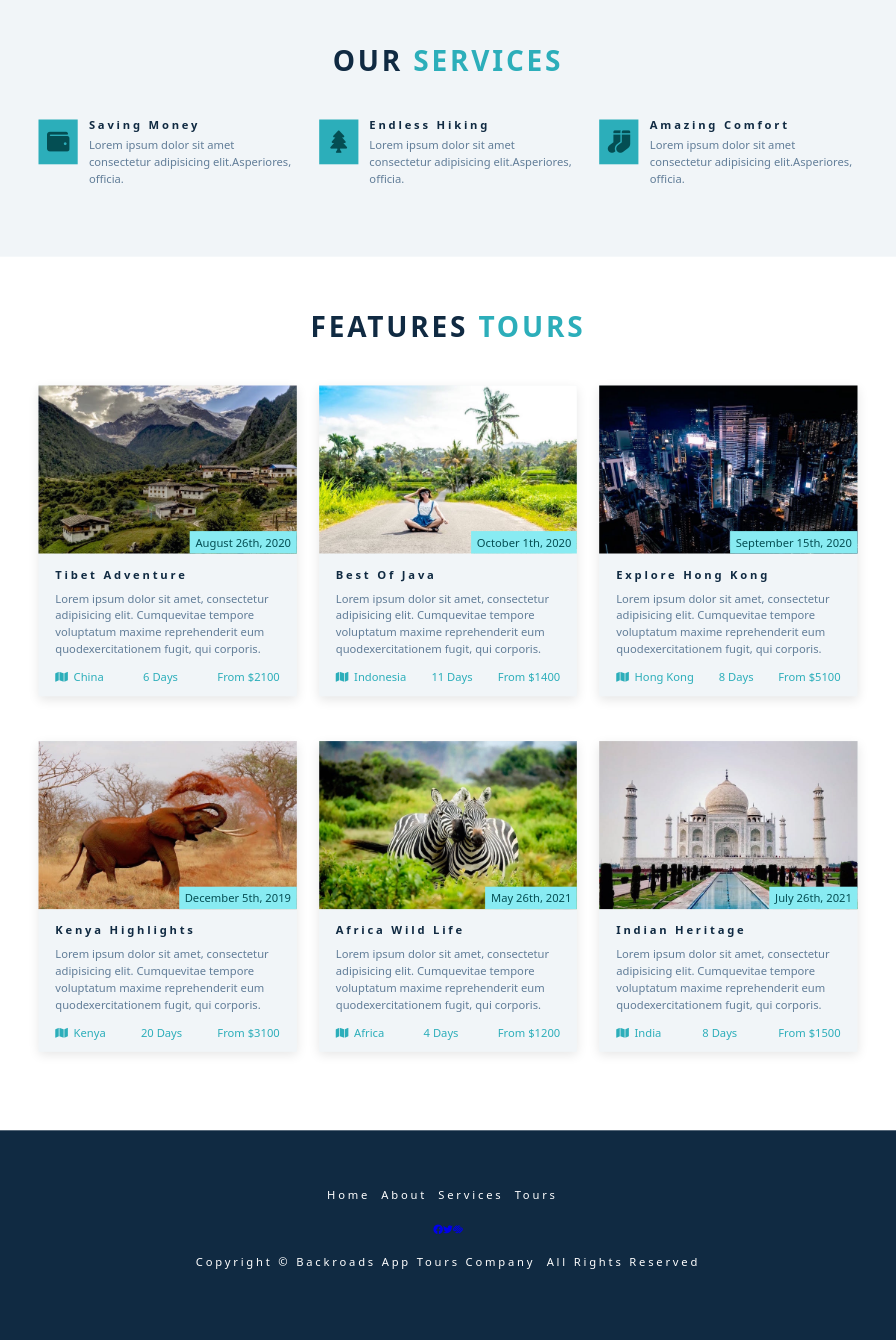
Repository: shivyank121/backRoad-app
Page: /
The author's editor kept a copy of each file at every save. The page is drawn from the files as they stood at one save, then again after the next save.
The browser window is 1280 px wide. The pictures show the part of the page from y = 1424 to 3344 px (the page is 3344 px tall), at 70% of full size.
Some web libraries are served in a nearby version. The project was rebuilt for these pictures with package versions that can differ from the ones it lists, and the page was loaded fresh each time.

Above is the page before, as saved 2023-08-21 01:49:00.

After the next save:
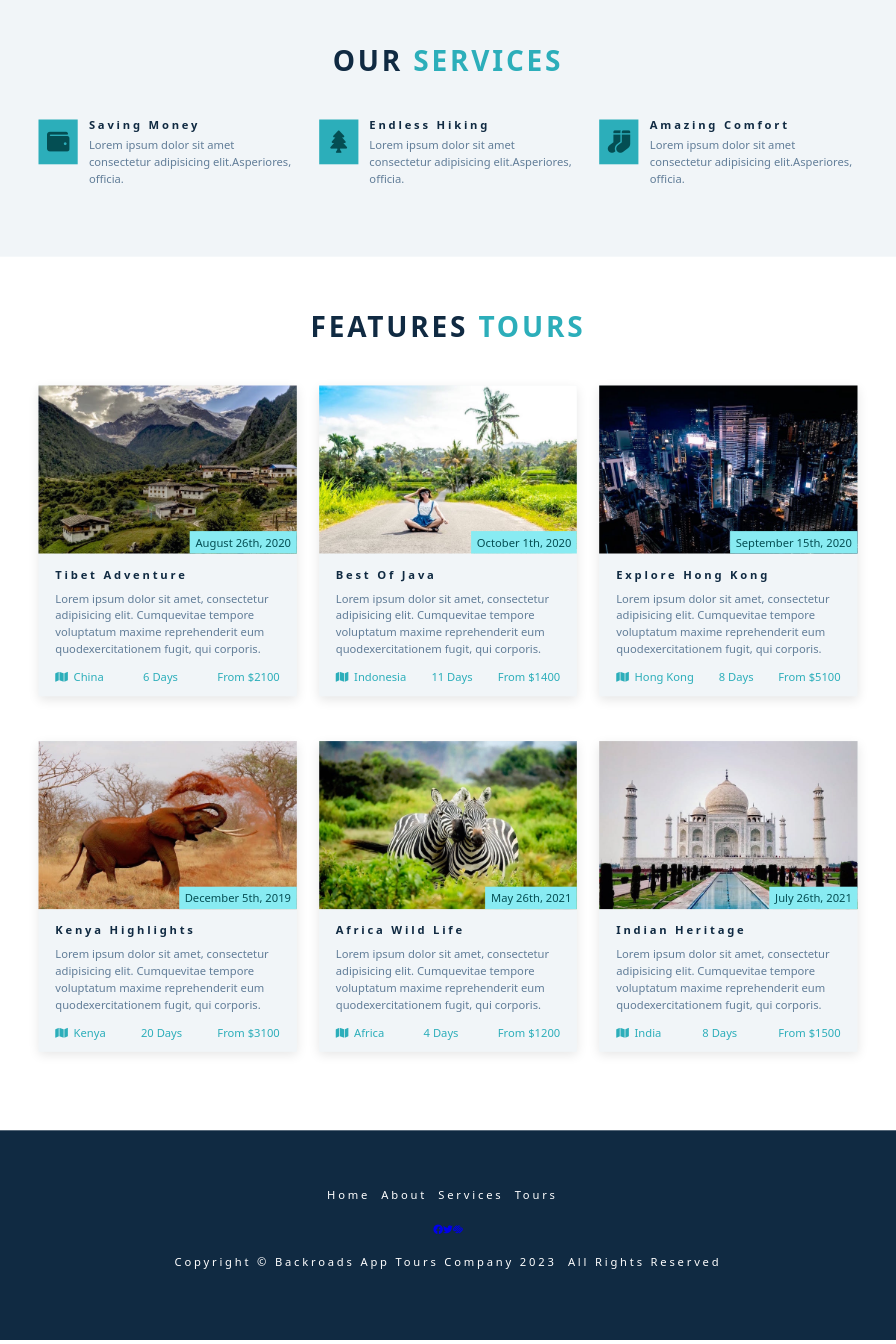
Saved 9 s later.
--- a/src/components/Footer.js
+++ b/src/components/Footer.js
@@ -36,7 +36,7 @@ export const Footer = () => {
 
     </ul>
     <p className="copyright">
-      copyright &copy; Backroads App tours company
+      copyright &copy; Backroads App tours company 2023
       <span id="date"></span> all rights reserved
     </p>
   </footer>
